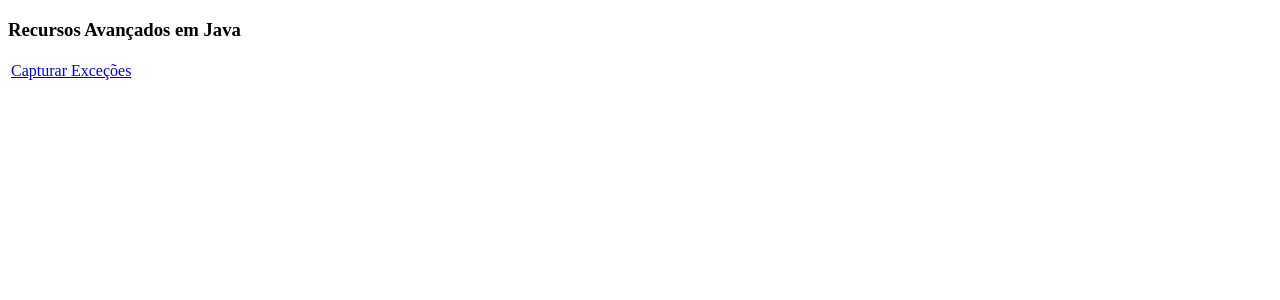
Repository: VictorGOrellana/RecursosJava
Page: http://localhost/curso.edu/
These files come from the project's save history. The page is drawn as it stood at one moment and after the next save; the edit follows.
The browser window is 1280 px wide. The pictures show the whole page.
The page is served by Tomcat 9. Other server files are loaded and not shown.

Above is the page before, as saved 2019-07-23 17:36:31.

### curso.edu/WebContent/index.jsp
<%@ page language="java" contentType="text/html; charset=ISO-8859-1"
    pageEncoding="ISO-8859-1"%>
<!DOCTYPE html>
<html>
<head>

<meta charset="ISO-8859-1">
<title>Recursos Avançados Em Java</title>


</head>
<body>

	<h3>Recursos Avançados em Java</h3>

	<table>
	 <tr>
	 	<td>
	 		<a href="capturarExcecoes.jsp">Capturar Exceções</a>
	 	</td>
	 </tr>
	</table>

</body>
</html>

After the next save:
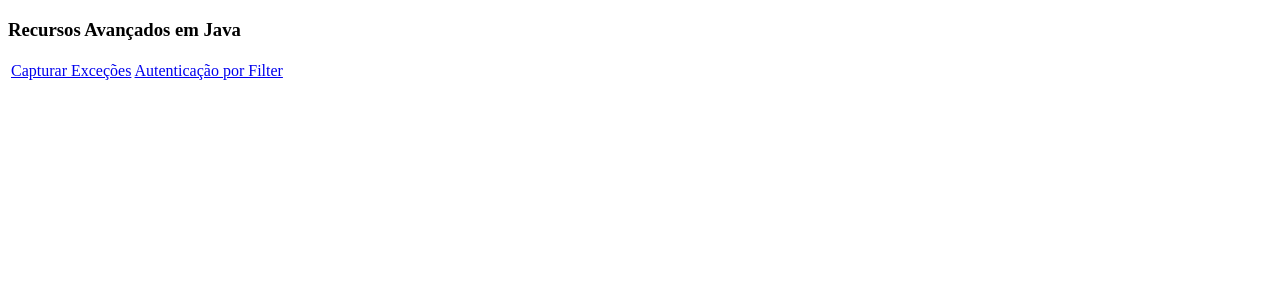
Saved 1 s later.
--- a/curso.edu/WebContent/index.jsp
+++ b/curso.edu/WebContent/index.jsp
@@ -17,6 +17,7 @@
 	 <tr>
 	 	<td>
 	 		<a href="capturarExcecoes.jsp">Capturar Exceções</a>
+	 		<a href="autenticaFiltro.jsp">Autenticação por Filter</a>
 	 	</td>
 	 </tr>
 	</table>

After the save that followed:
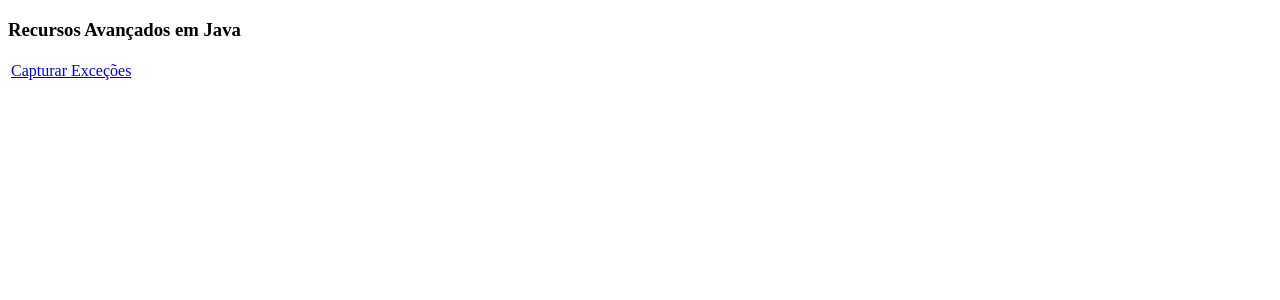
Saved 3 min 4 s later.
--- a/curso.edu/WebContent/index.jsp
+++ b/curso.edu/WebContent/index.jsp
@@ -17,7 +17,7 @@
 	 <tr>
 	 	<td>
 	 		<a href="capturarExcecoes.jsp">Capturar Exceções</a>
-	 		<a href="autenticaFiltro.jsp">Autenticação por Filter</a>
+
 	 	</td>
 	 </tr>
 	</table>
